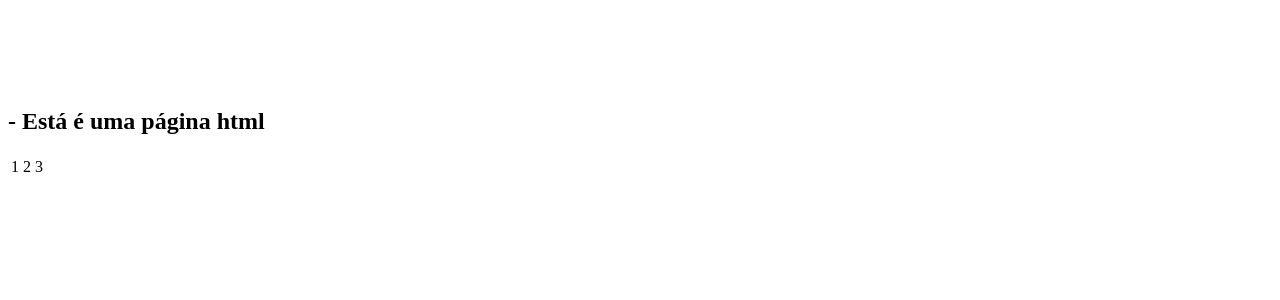
Repository: mauriciodeamorim/Caelum-FJ21
Page: fj21-agenda/WebContent/index.html
An editor plug-in stored every save of this project. The page is shown before and after the next save, followed by the edit.
The browser window is 1280 px wide. The pictures show the whole page.

Above is the page before, as saved 2011-07-20 00:27:15.

### fj21-agenda/WebContent/index.html
<!DOCTYPE html PUBLIC "-//W3C//DTD HTML 4.01 Transitional//EN" "http://www.w3.org/TR/html4/loose.dtd">
<html>
<head>
<meta http-equiv="Content-Type" content="text/html; charset=UTF-8">
<title>Bem vindo</title>
</head>
<body>
	<div>
		<marquee><h1>Meu servidor é o Tomcat</h1></marquee>

		<h2>- Está é uma página html</h2>
	</div>
	<table>
		<tr><td>1</td><td>2</td><td>3</td></tr>
	</table>
</body>
</html>

After the next save:
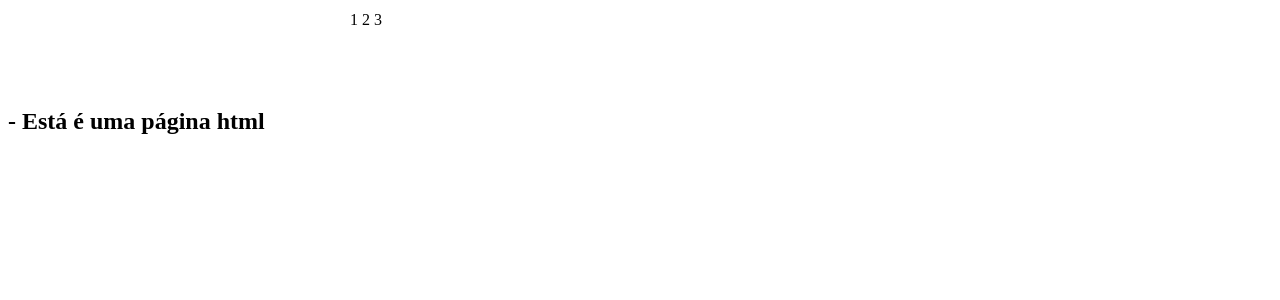
Saved 2 min 18 s later.
--- a/fj21-agenda/WebContent/index.html
+++ b/fj21-agenda/WebContent/index.html
@@ -5,13 +5,15 @@
 <title>Bem vindo</title>
 </head>
 <body>
-	<div>
+	<div style="float:left">
 		<marquee><h1>Meu servidor é o Tomcat</h1></marquee>
 
 		<h2>- Está é uma página html</h2>
 	</div>
+	<div style="float:left">
 	<table>
 		<tr><td>1</td><td>2</td><td>3</td></tr>
 	</table>
+	 </div>
 </body>
 </html>
